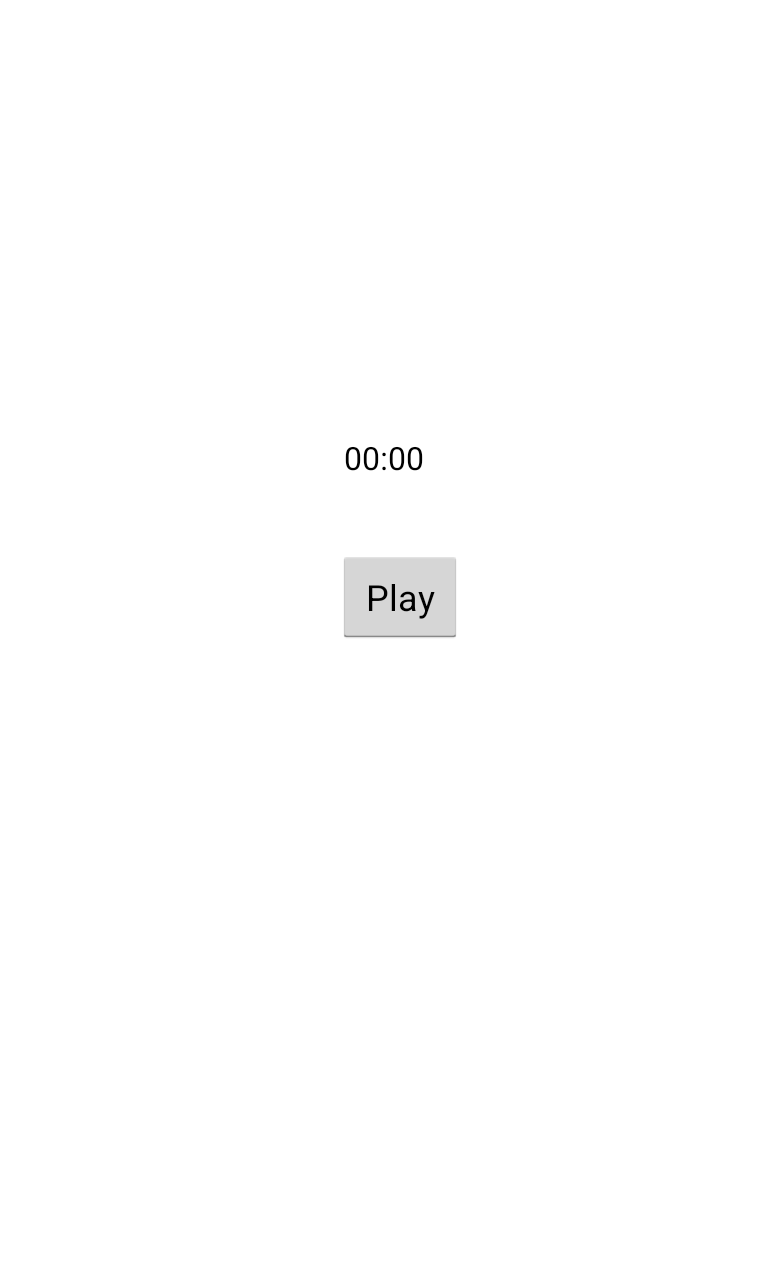
Repository: ragnarstolsmark/chartitles
Layout: workspace/Game of Thrones/GameOfThronesHelper/res/layout/activity_player.xml
The author's editor kept a copy of each file at every save. The layout is drawn from the files as they stood at one save, then again after the next save.
It is drawn on a 768 x 1280 px phone screen (xhdpi) without system bars, with theme AppTheme; the app's code is not run.

Above is the layout before, as saved 2012-12-04 21:52:00.

After the next save:
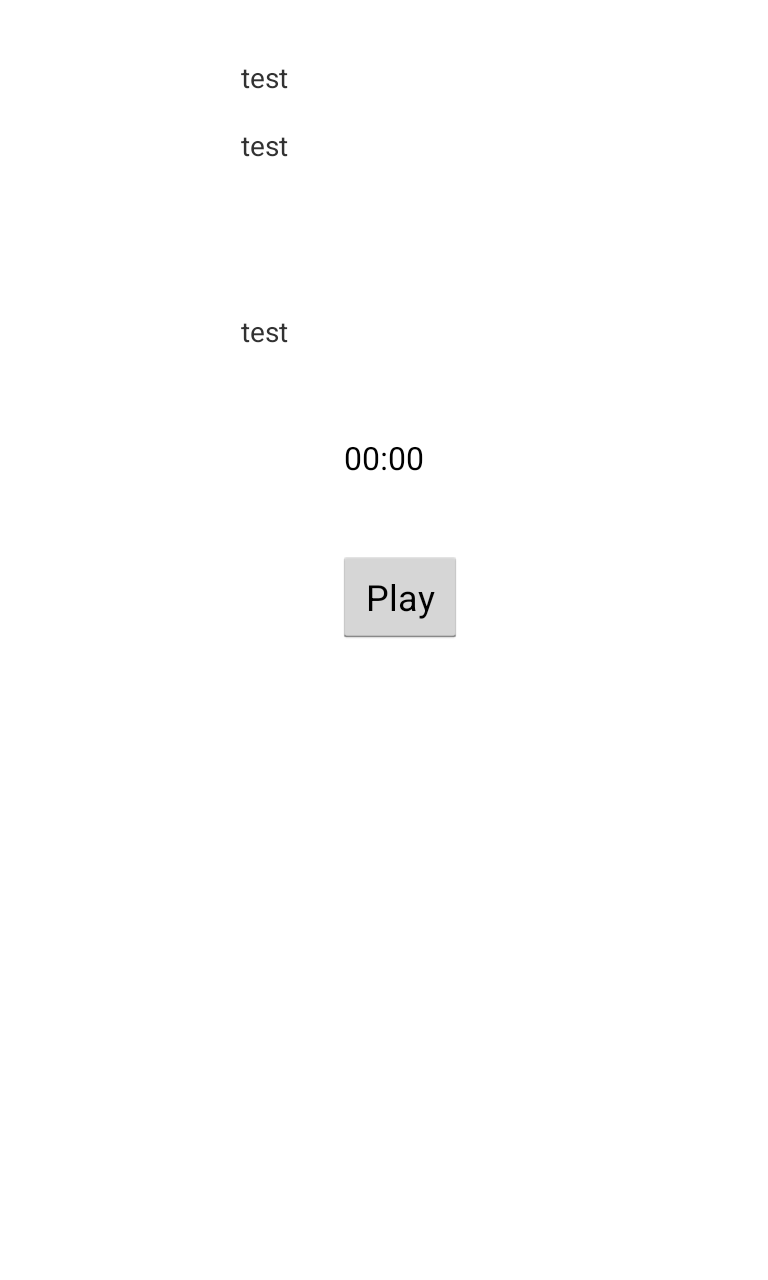
Saved 83 s later.
--- a/workspace/Game of Thrones/GameOfThronesHelper/res/layout/activity_player.xml
+++ b/workspace/Game of Thrones/GameOfThronesHelper/res/layout/activity_player.xml
@@ -59,15 +59,7 @@
         android:layout_alignBottom="@+id/imageView1"
         android:layout_marginRight="24dp"
         android:layout_toLeftOf="@+id/imageView1"
-        android:text="" />
-
-    <TextView
-        android:id="@+id/textView2"
-        android:layout_width="wrap_content"
-        android:layout_height="wrap_content"
-        android:layout_alignBottom="@+id/imageView2"
-        android:layout_alignRight="@+id/textView1"
-        android:text="" />
+        android:text="test" />
 
     <TextView
         android:id="@+id/textView3"
@@ -75,6 +67,14 @@
         android:layout_height="wrap_content"
         android:layout_above="@+id/chronometer1"
         android:layout_alignRight="@+id/textView2"
-        android:text="" />
+        android:text="test" />
+
+    <TextView
+        android:id="@+id/textView2"
+        android:layout_width="wrap_content"
+        android:layout_height="wrap_content"
+        android:layout_alignLeft="@+id/textView1"
+        android:layout_alignTop="@+id/imageView2"
+        android:text="test"/>
 
 </RelativeLayout>
